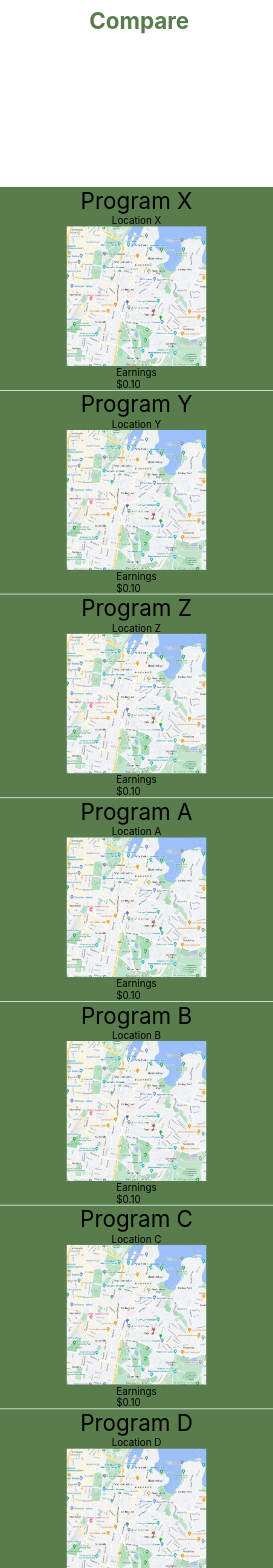
Repository: ct-pham/COMP4511
Screen: / (app in comp4511/)
An editor plug-in stored every save of this project. The screen is shown before and after the next save, followed by the edit.
The pictures show rows 0 to 2240 of an output 2668 px tall, at 70% of full size.
An inner scrolling area shows only its first screen. The app was drawn by React Native's web renderer in a window 390 px wide. The project was rebuilt for these pictures with package versions that can differ from the ones it lists, and the page was loaded fresh each time. Also part of the build but not shown: comp4511/Components/Homepage.js, comp4511/Components/AllEarnings.js, comp4511/Components/ProgramEarnings.js, comp4511/Components/Register.js, comp4511/Components/Login.js.

Above is the screen before, as saved 2022-11-09 19:24:30.

After the next save:
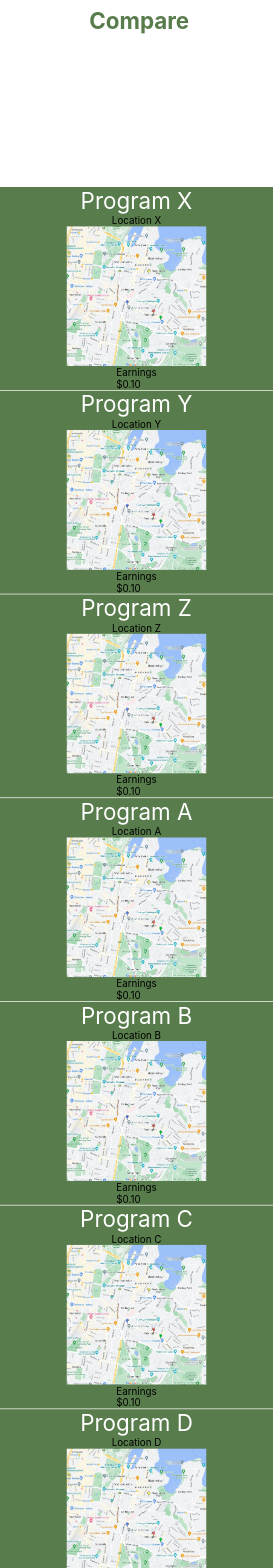
Saved 6 s later.
--- a/comp4511/Components/compareProgram/Items.js
+++ b/comp4511/Components/compareProgram/Items.js
@@ -49,7 +49,7 @@
       },
     title: {
         fontSize: 32,
-        color: '#fffff'
+        color: '#ffffff',
       },
     programContainer: {
         backgroundColor: '#587C4B',

After the save that followed:
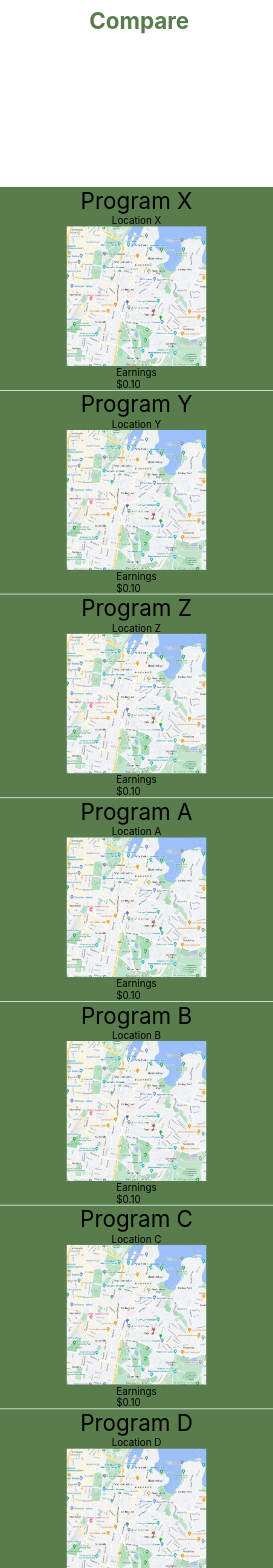
Saved 20 s later.
--- a/comp4511/Components/compareProgram/Items.js
+++ b/comp4511/Components/compareProgram/Items.js
@@ -40,7 +40,7 @@
         flex: 1,
         marginTop: StatusBar.currentHeight || 0,
 
-
+        color: '#ffffff',
       },
     item: {
         padding: 20,
@@ -49,7 +49,6 @@
       },
     title: {
         fontSize: 32,
-        color: '#ffffff',
       },
     programContainer: {
         backgroundColor: '#587C4B',
